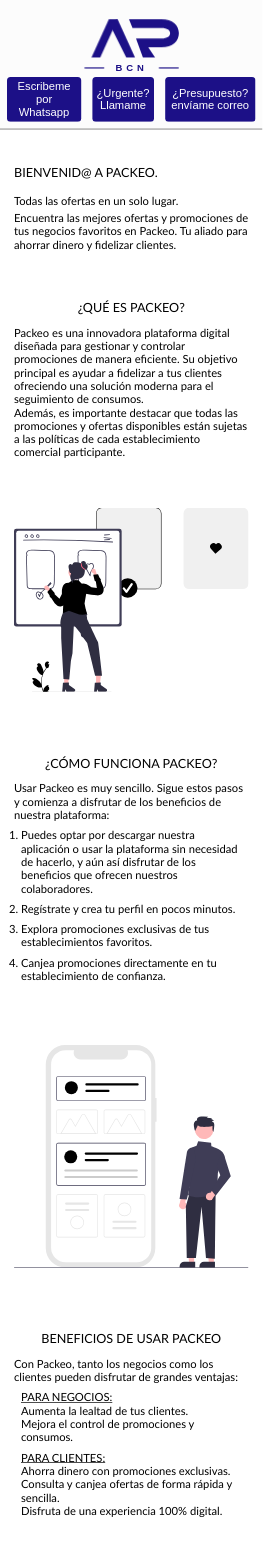
Repository: alupvcbarcelona/alupvcbarcelona-front
Page: /
An editor plug-in stored every save of this project. The page is shown before and after the next save, followed by the edit.
The browser window is 375 px wide. The pictures show the part of the page from y = 0 to 2240 px (the page is 2849 px tall before and 2836 px after), at 70% of full size.
The page's requests for data from a server got no answer. The project was rebuilt for these pictures with package versions that can differ from the ones it lists, and the page was loaded fresh each time. No one was signed in, and anything a server would have sent is missing. Also part of the build but not shown: vite.config.js, src/reducers/partner.reducer/partner.action.js, src/views/Pack/utils/content.js, src/views/Pack/Pack.css, src/views/Pack/Pack.jsx, src/views/404/utils.js, src/views/404/NotFound.css, src/views/404/NotFound.jsx and 6 more.

Above is the page before, as saved 2026-07-24 10:00:53.

After the next save:
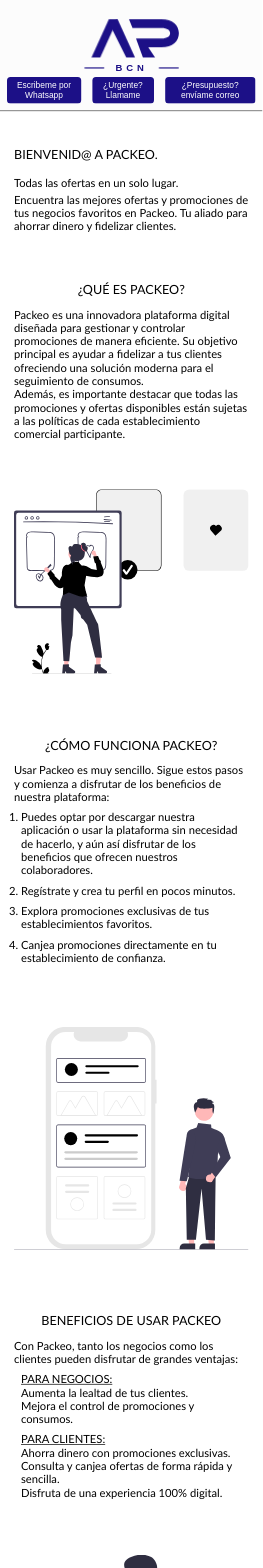
Saved 41 s later.
--- a/src/assets/global/GlobalStyle.css
+++ b/src/assets/global/GlobalStyle.css
@@ -178,6 +178,12 @@
   a {
     font-size: var(--p-font-size-s);
   }
+
+  button {
+  font-size: var(--p-font-size-xs);
+
+}
+
 }
 
 /*TOAST*/
